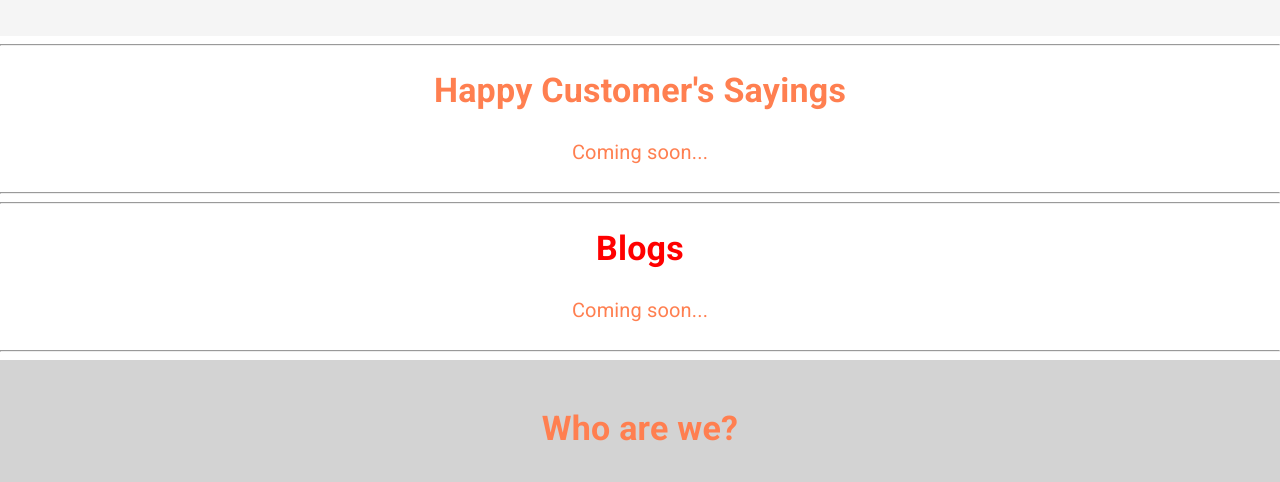
Repository: Sharif-00112/dogos-paradise-client
Page: /
These files come from the project's save history. The page is drawn as it stood at one moment and after the next save; the edit follows.
The browser window is 1280 px wide. The pictures show the part of the page from y = 1582 to 2064 px (the page is 3314 px tall).
Pictures or frames that could not be fetched are drawn as grey boxes. The page's requests for data from a server got no answer. The project was rebuilt for these pictures with package versions that can differ from the ones it lists, and the page was loaded fresh each time. Some packages were replaced by stand-ins written for this rebuild. No one was signed in, and anything a server would have sent is missing. Also part of the build but not shown: src/Pages/Home/Dog/Dog.js, src/Pages/Login/Login/Login.js, src/Pages/Login/Register/Register.js, src/Pages/NotFound/NotFound.js.

Above is the page before, as saved 2022-12-05 23:20:28.

### public/index.html
<!DOCTYPE html>
<html lang="en">
  <head>
    <meta charset="utf-8" />
    <link rel="icon" href="%PUBLIC_URL%/favicon.ico" />
    <meta name="viewport" content="width=device-width, initial-scale=1" />
    <meta name="theme-color" content="#000000" />
    <meta
      name="description"
      content="Web site created using create-react-app"
    />
    <link
      rel="stylesheet" href="https://fonts.googleapis.com/css?family=Roboto:300,400,500,700&display=swap"
    />

    <link rel="apple-touch-icon" href="%PUBLIC_URL%/logo192.png" />
    <!--
      manifest.json provides metadata used when your web app is installed on a
      user's mobile device or desktop. See https://developers.google.com/web/fundamentals/web-app-manifest/
    -->
    <link rel="manifest" href="%PUBLIC_URL%/manifest.json" />
    <!--
      Notice the use of %PUBLIC_URL% in the tags above.
      It will be replaced with the URL of the `public` folder during the build.
      Only files inside the `public` folder can be referenced from the HTML.

      Unlike "/favicon.ico" or "favicon.ico", "%PUBLIC_URL%/favicon.ico" will
      work correctly both with client-side routing and a non-root public URL.
      Learn how to configure a non-root public URL by running `npm run build`.
    -->
    <title>React App</title>
  </head>
  <body>
    <noscript>You need to enable JavaScript to run this app.</noscript>
    <div id="root"></div>
    <!--
      This HTML file is a template.
      If you open it directly in the browser, you will see an empty page.

      You can add webfonts, meta tags, or analytics to this file.
      The build step will place the bundled scripts into the <body> tag.

      To begin the development, run `npm start` or `yarn start`.
      To create a production bundle, use `npm run build` or `yarn build`.
    -->
  </body>
</html>

### src/App.js
import React  from 'react';
import './App.css';
import { BrowserRouter as Router, Route, Routes} from 'react-router-dom';
import Home from './Pages/Home/Home/Home';
import Login from './Pages/Login/Login/Login';
import Register from './Pages/Login/Register/Register';
import AuthProvider from './contexts/AuthProvider/AuthProvider';
// import PrivateRoute from './Pages/Login/PrivateRoute/PrivateRoute';
import NotFound from './Pages/NotFound/NotFound';
import Contact from './Pages/Home/Contact/Contact';
import Story from './Pages/Home/Story/Story';
import CustomerReviews from './Pages/Home/CustomerReviews/CustomerReviews';
import Blogs from './Pages/Home/Blogs/Blogs';
import About from './Pages/Home/About/About';
import Dogs from './Pages/Home/Dogs/Dogs';
// import Footer from './Pages/Shared/Footer/Footer';
// import Dashboard from './Pages/Dashboard/Dashboard/Dashboard';

function App() {
  return (
    <div className="App">
      <AuthProvider>
        <Router>
          <Routes>
            <Route exact path = '/' element={<Home/>}/>
            <Route exact path = '/home' element={<Home/>}/>
            <Route exact path = '/login' element={<Login/>}/>
            <Route exact path = '/register' element={<Register/>}/>
            <Route exact path = '/contact' element={<Contact/>}/>
            <Route exact path = '/dogs' element={<Dogs/>}/>
            <Route exact path = '/story' element={<Story/>}/>
            <Route exact path = '/reviews' element={<CustomerReviews/>}/>
            <Route exact path = '/blogs' element={<Blogs/>}/>
            <Route exact path = '/about' element={<About/>}/>
            {/* <Route exact path = '/appointment' element = {
              <PrivateRoute>
                <Appointment></Appointment>
              </PrivateRoute>
            }> </Route> */}
            {/* <Route path = 'dashboard/*' element = {
              <PrivateRoute>
                <Dashboard></Dashboard>
              </PrivateRoute>
            }> </Route> */}
            <Route path = '*' element={<NotFound/>}/>
          </Routes>
          {/* <Footer></Footer> */}
        </Router>
      </AuthProvider>
    </div>
  );
}

export default App;

### src/Pages/Home/Home/Home.js
import React from 'react';
import Footer from '../../Shared/Footer/Footer';
import Navigation from '../../Shared/Navigation/Navigation';
import About from '../About/About';
import Banner from '../Banner/Banner';
import Blogs from '../Blogs/Blogs';
import Contact from '../Contact/Contact';
import CustomerReviews from '../CustomerReviews/CustomerReviews';
import Dogs from '../Dogs/Dogs';
import Story from '../Story/Story';

const Home = () => {
    return (
        <div>
            <Navigation></Navigation>
            <Banner></Banner>
            <Dogs></Dogs>
            <Story></Story>
            <CustomerReviews></CustomerReviews>
            <Blogs></Blogs>
            <About></About>
            <Contact></Contact>
            <Footer></Footer>
        </div>
    );
};

export default Home;

### src/contexts/AuthProvider/AuthProvider.js
import React from 'react';
import { createContext } from 'react';
import useFirebase from '../../hooks/useFirebase';

//step-1-context
export const AuthContext = createContext();

const AuthProvider = (props) => {
    //step-3-context
    const {children} = props;

    //step-5-context
    const allContexts = useFirebase();

    return (
        //step-2-context
        <AuthContext.Provider value={allContexts}>
            {children}
        </AuthContext.Provider>
    );
};

export default AuthProvider;

### src/Pages/Home/Contact/Contact.js
import { Container } from '@mui/system';
import React from 'react';
import Typography from '@mui/material/Typography';
import {Button} from '@mui/material';
import TextField from '@mui/material/TextField';

const bg = 'https://i.ibb.co/hXGz3qW/dog-group.jpg';

const appointmentBanner = {
    background: `url(${bg}) no-repeat center center`,
    // marginTop: 100,
    backgroundPosition: 'center',
    backgroundSize: '100% auto',
    backgroundColor: 'rgba(45, 58, 74, 0.6)',
    backgroundBlendMode: 'darken, luminosity'
}

const Contact = () => {
    const handleContactSubmit = e =>{
        e.preventDefault();

        //collect form data


        //send data to the server and database


        alert('Submitted Successfully!');
    }

    return (
        <div style={appointmentBanner}>
            {/* <h2>Contact us</h2> */}
            <Container sx={{}}>
                <Typography sx={{ py: 5, fontWeight: 500 }} style={{color: 'coral'}} variant="h4" component="div">
                    Contact us
                </Typography>

                <Container>
                    <form onSubmit={handleContactSubmit}>
                        <TextField
                            style={{backgroundColor: 'whitesmoke'}}
                            required
                            sx={{width: "80%", m:1 }}
                            id="outlined-size-small"
                            placeholder='Your Email*'
                            // defaultValue='Your Email'
                            size="small"
                            />
                        <TextField
                            style={{backgroundColor: 'whitesmoke'}}
                            required
                            sx={{width: "80%", m:1 }}
                            id="outlined-size-small"
                            placeholder='Subject*'
                            // defaultValue='Subject'
                            size="small"
                            />
                        <TextField
                            style={{backgroundColor: 'whitesmoke'}}
                            required
                            sx={{width: "80%", m:1 }}
                            id="filled-multiline-static"
                            // label="Multiline"
                            multiline
                            rows={4}
                            placeholder='Your message*'
                            // defaultValue="Your message"
                            variant="filled"
                            />
                            <br /><br />
                        <Button type='submit' sx={{mt:3}} variant="contained" style={{backgroundColor: 'coral'}}>Submit</Button>
                        <br /><br /><br />
                    </form>
                </Container>

            </Container>
        </div>
    );
};

export default Contact;

### src/Pages/Home/Story/Story.js
import React from 'react';
import { Typography } from '@mui/material';
import Box from '@mui/material/Box';
import Grid from '@mui/material/Unstable_Grid2';


const Story = () => {
    return (
        <Box sx={{backgroundColor:"whitesmoke", p:4}}>
            <Typography sx={{ mt: 2, mb:4, color: 'coral', fontWeight: 600 }} variant="h4" component="div">
                Our Story
            </Typography>
            <Box sx={{ flexGrow: 1 }}>
                <Grid container spacing={2}>
                    <Grid xs={6} md={4}>
                        <img style={{ width: '100%'}} src="https://i.ibb.co/M8w31YS/dog-story.jpg" alt="dog-story" />
                    </Grid>
                    <Grid xs={6} md={8}>
                        <Typography sx={{ mx: 2, color: 'gray', fontWeight: 400 }} variant="body1" component="div">
                            Lorem ipsum dolor sit, amet consectetur adipisicing elit. Placeat unde cum incidunt consequatur ducimus quos debitis error odit cumque quis qui consequuntur sequi eligendi nulla et omnis quibusdam, laboriosam facilis libero explicabo a quasi expedita dolore. Officiis, soluta? Beatae nihil perspiciatis illum ea perferendis debitis odio. At cumque, corporis ipsum soluta perspiciatis pariatur quas quisquam vitae similique deleniti odio et.
                        </Typography>
                    </Grid>
                </Grid>
            </Box>
        </Box>
    );
};

export default Story;

### src/Pages/Home/CustomerReviews/CustomerReviews.js
import React from 'react';
import { Typography } from '@mui/material';


const CustomerReviews = () => {
    return (
        <div>
            <hr />
            <Typography sx={{ m: 3, color: 'coral', fontWeight: 600 }} variant="h4" component="div">
                Happy Customer's Sayings
            </Typography>
            <Typography sx={{ m: 3, color: 'coral', fontWeight: 400 }} variant="h6" component="div">
                Coming soon...
            </Typography>
            <hr />
        </div>
    );
};

export default CustomerReviews;

### src/Pages/Home/Blogs/Blogs.js
import React from 'react';
import { Typography } from '@mui/material';


const Blogs = () => {
    return (
        <div>
            <hr />
            <Typography sx={{ m: 3, color: 'red', fontWeight: 600 }} variant="h4" component="div">
                Blogs
            </Typography>
            <Typography sx={{ m: 3, color: 'coral', fontWeight: 400 }} variant="h6" component="div">
                Coming soon...
            </Typography>
            <hr />
        </div>
    );
};

export default Blogs;

### src/Pages/Home/About/About.js
import React from 'react';
import { Typography } from '@mui/material';
import Box from '@mui/material/Box';
import Grid from '@mui/material/Unstable_Grid2';

const About = () => {
    return (
        <Box sx={{backgroundColor:"lightgray", p:4}}>
        <Typography sx={{ mt: 2, mb:4, color: 'coral', fontWeight: 600 }} variant="h4" component="div">
            Who are we?
        </Typography>
        <Box sx={{ flexGrow: 1 }}>
            <Grid container spacing={2}>
                <Grid xs={6} md={8}>
                    <Typography sx={{ mx: 2, color: 'black', fontWeight: 400 }} variant="body1" component="div">
                        Lorem ipsum dolor sit, amet consectetur adipisicing elit. Placeat unde cum incidunt consequatur ducimus quos debitis error odit cumque quis qui consequuntur sequi eligendi nulla et omnis quibusdam, laboriosam facilis libero explicabo a quasi expedita dolore. Officiis, soluta? Beatae nihil perspiciatis illum ea perferendis debitis odio. At cumque, corporis ipsum soluta perspiciatis pariatur quas quisquam vitae similique deleniti odio et.
                    </Typography>
                </Grid>
                <Grid xs={6} md={4}>
                    <img style={{ width: '100%'}} src="https://i.ibb.co/c2xbHpP/dog-about.jpg" alt="dog-story" />
                </Grid>
            </Grid>
        </Box>
    </Box>
    );
};

export default About;

### src/Pages/Home/Dogs/Dogs.js
import React, { useEffect, useState } from 'react';
import Box from '@mui/material/Box';
import Grid from '@mui/material/Unstable_Grid2';
import Typography from '@mui/material/Typography';
import { Container } from '@mui/material';
import Dog from '../Dog/Dog';

// const dogs = [
//     {
//         title: "Siberian Husky",
//         age: '13',
//         breed: 'Mixed',
//         image: 'https://i.ibb.co/VV1yxdy/dog-1.jpg',
//         price: 700,
//         description: 'Lorem ipsum dolor sit amet, consectetur adipisicing elit. Quo, magni ab. Sed aut nesciunt neque laudantium culpa sit? Possimus, id.'
//     },
//     {
//         title: "German Shepherd",
//         age: '8',
//         breed: 'Mixed',
//         image: 'https://i.ibb.co/tZcvfCd/dog-2.jpg',
//         price: 700,
//         description: 'Lorem ipsum dolor sit amet, consectetur adipisicing elit. Quo, magni ab. Sed aut nesciunt neque laudantium culpa sit? Possimus, id.'
//     },
//     {
//         title: "Golden Retriever",
//         age: '5',
//         breed: 'Mixed',
//         image: 'https://i.ibb.co/YPHDzsb/dog-3.jpg',
//         price: 700,
//         description: 'Lorem ipsum dolor sit amet, consectetur adipisicing elit. Quo, magni ab. Sed aut nesciunt neque laudantium culpa sit? Possimus, id.'
//     },
//     {
//         title: "Bulldog",
//         age: '6',
//         breed: 'Mixed',
//         image: 'https://i.ibb.co/bjty4nS/dog-4.jpg',
//         price: 700,
//         description: 'Lorem ipsum dolor sit amet, consectetur adipisicing elit. Quo, magni ab. Sed aut nesciunt neque laudantium culpa sit? Possimus, id.'
//     },
//     {
//         title: "Irish Setter",
//         age: '9',
//         breed: 'Mixed',
//         image: 'https://i.ibb.co/QPSnF0t/dog-5.jpg',
//         price: 700,
//         description: 'Lorem ipsum dolor sit amet, consectetur adipisicing elit. Quo, magni ab. Sed aut nesciunt neque laudantium culpa sit? Possimus, id.'
//     },
//     {
//         title: "Brussels Griffon",
//         age: '4',
//         breed: 'Mixed',
//         image: 'https://i.ibb.co/z5kJHB2/dog-6.jpg',
//         price: 700,
//         description: 'Lorem ipsum dolor sit amet, consectetur adipisicing elit. Quo, magni ab. Sed aut nesciunt neque laudantium culpa sit? Possimus, id.'
//     },
//     {
//         title: "Newfoundland",
//         age: '15',
//         breed: 'Mixed',
//         image: 'https://i.ibb.co/mD4CtfC/dog-7.jpg',
//         price: 700,
//         description: 'Lorem ipsum dolor sit amet, consectetur adipisicing elit. Quo, magni ab. Sed aut nesciunt neque laudantium culpa sit? Possimus, id.'
//     },
//     {
//         title: "French Bulldog",
//         age: '7',
//         breed: 'Mixed',
//         image: 'https://i.ibb.co/PCQT44S/dog-8.jpg',
//         price: 700,
//         description: 'Lorem ipsum dolor sit amet, consectetur adipisicing elit. Quo, magni ab. Sed aut nesciunt neque laudantium culpa sit? Possimus, id.'
//     },
//     {
//         title: "Beagle",
//         age: '12',
//         breed: 'Mixed',
//         image: 'https://i.ibb.co/XLvC5BW/dog-9.jpg',
//         price: 700,
//         description: 'Lorem ipsum dolor sit amet, consectetur adipisicing elit. Quo, magni ab. Sed aut nesciunt neque laudantium culpa sit? Possimus, id.'
//     },
//     {
//         title: "Poodle",
//         age: '15',
//         breed: 'Mixed',
//         image: 'https://i.ibb.co/rxMv41c/dog-10.jpg',
//         price: 700,
//         description: 'Lorem ipsum dolor sit amet, consectetur adipisicing elit. Quo, magni ab. Sed aut nesciunt neque laudantium culpa sit? Possimus, id.'
//     }
// ]

const Dogs = () => {
    const [dogs, setDogs] = useState([]);

    useEffect(() => {
        fetch('http://localhost:3005/dogs')
        .then(res => res.json())
        .then(data => setDogs(data))
    }, []);

    return (
        <div>
            <Box sx={{ flexGrow: 1, backgroundColor:"lightblue", py:4 }}>
                <Container>
                    <Typography sx={{ p:3, color: 'coral', fontWeight: 600 }} variant="h4" component="div">
                        Dogs Waiting for you to adapt
                    </Typography>

                    <Grid container spacing={{ xs: 2, md: 3 }} columns={{ xs: 4, sm: 8, md: 12 }}>
                        {
                            dogs.map(dog => (
                                <Grid xs={2} sm={4} md={4} key={dog._id}>
                                    <Dog
                                        key= {dog._id}
                                        dog = {dog}
                                    ></Dog>
                                </Grid>
                            ))
                        }
                    </Grid>
                </Container>
            </Box>
        </div>
    );
};

export default Dogs;

### src/Pages/Home/Banner/Banner.js
import React from 'react';
import { Typography } from '@mui/material';

const Banner = () => {
    return (
        <div>
            {/* <Typography sx={{ m: 3, color: 'red', fontWeight: 600 }} variant="h4" component="div">
                Head Banner
            </Typography> */}
            <img style={{ width: '100%'}} src="https://i.ibb.co/Mnn0NX3/dog-cover-1.jpg" alt="dog-human playing" />
            <Typography sx={{ mt: -25, mb:8, color: 'red', fontWeight: 700 }} variant="h4" component="div">
                Dogs are not only pets;
                <br /> <br />
                They are "L O V E"
            </Typography>
        </div>
    );
};

export default Banner;

### src/hooks/useAuth.js
//step-6-context

import { useContext } from "react"
import { AuthContext } from "../../src/contexts/AuthProvider/AuthProvider"

const useAuth = () =>{
    return useContext(AuthContext);
}

export default useAuth;

### src/Pages/Login/Firebase/firebase.initialize.js
import { initializeApp } from "firebase/app";
import firebaseConfig from "./firebase.config";

const initializeAuthentication = () =>{
    initializeApp(firebaseConfig);
}

export default initializeAuthentication;

### src/Pages/Login/Firebase/firebase.config.js
// console.log(process.env);

const firebaseConfig = {
  apiKey: process.env.REACT_APP_FIREBASE_API_KEY,
  authDomain: process.env.REACT_APP_FIREBASE_AUTH_DOMAIN,
  projectId: process.env.REACT_APP_FIREBASE_PROJECT_ID,
  storageBucket: process.env.REACT_APP_FIREBASE_STORAGE_BUCKET,
  messagingSenderId: process.env.REACT_APP_FIREBASE_MESSAGING_SENDER_ID,
  appId: process.env.REACT_APP_FIREBASE_APP_ID,
  measurementId: process.env.REACT_APP_FIREBASE_MEASUREMENT_ID
};

export default firebaseConfig;

// .env.local
// REACT_APP_FIREBASE_API_KEY=AIzaSyCGaQ8G2l5KeOKX4bAJ7MC19oWW_2vnTNQ
// REACT_APP_FIREBASE_AUTH_DOMAIN=dogos-paradise.firebaseapp.com
// REACT_APP_FIREBASE_PROJECT_ID=dogos-paradise
// REACT_APP_FIREBASE_STORAGE_BUCKET=dogos-paradise.appspot.com
// REACT_APP_FIREBASE_MESSAGING_SENDER_ID=824394057307
// REACT_APP_FIREBASE_APP_ID=1:824394057307:web:727ac0c86627b9544a617e
// REACT_APP_FIREBASE_MEASUREMENT_ID=G-DL8JJ6MYSD

// const firebaseConfig = {
  // apiKey: "AIzaSyCGaQ8G2l5KeOKX4bAJ7MC19oWW_2vnTNQ",
  // authDomain: "dogos-paradise.firebaseapp.com",
  // projectId: "dogos-paradise",
  // storageBucket: "dogos-paradise.appspot.com",
  // messagingSenderId: "824394057307",
  // appId: "1:824394057307:web:727ac0c86627b9544a617e",
  // measurementId: "G-DL8JJ6MYSD"
// };

Loaded but not shown: src/index.js (common file); src/index.css (common file); src/reportWebVitals.js (common file); src/App.css (common file); src/Pages/Shared/Navigation/Navigation.js (229 lines, source omitted); src/hooks/useFirebase.js (273 lines, source omitted); src/Pages/Shared/Footer/Footer.js (156 lines, source omitted)

After the next save:
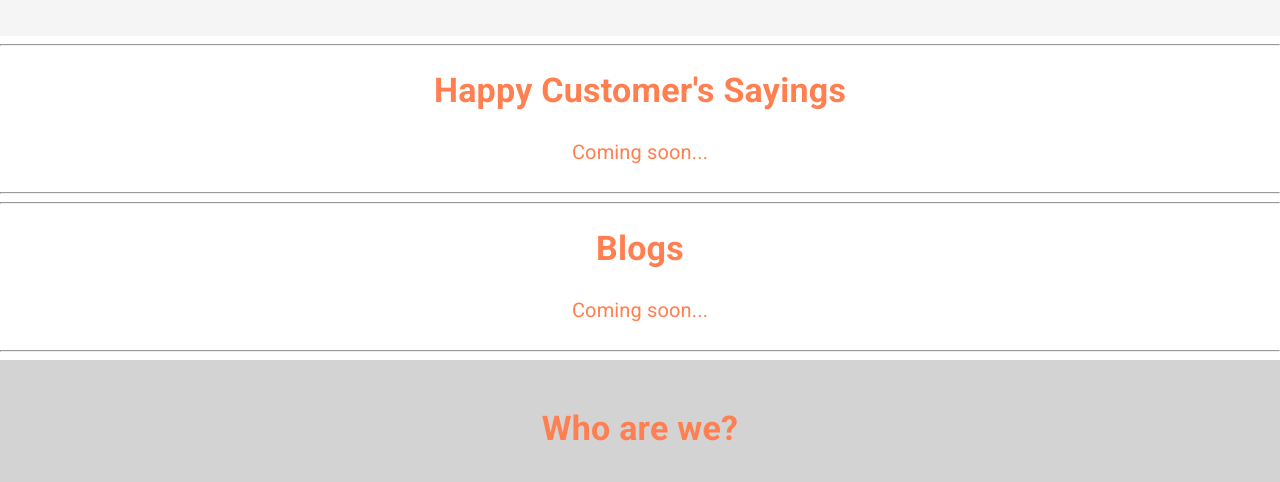
Saved 13 s later.
--- a/src/Pages/Home/Blogs/Blogs.js
+++ b/src/Pages/Home/Blogs/Blogs.js
@@ -6,7 +6,7 @@ const Blogs = () => {
     return (
         <div>
             <hr />
-            <Typography sx={{ m: 3, color: 'red', fontWeight: 600 }} variant="h4" component="div">
+            <Typography sx={{ m: 3, color: 'coral', fontWeight: 600 }} variant="h4" component="div">
                 Blogs
             </Typography>
             <Typography sx={{ m: 3, color: 'coral', fontWeight: 400 }} variant="h6" component="div">
